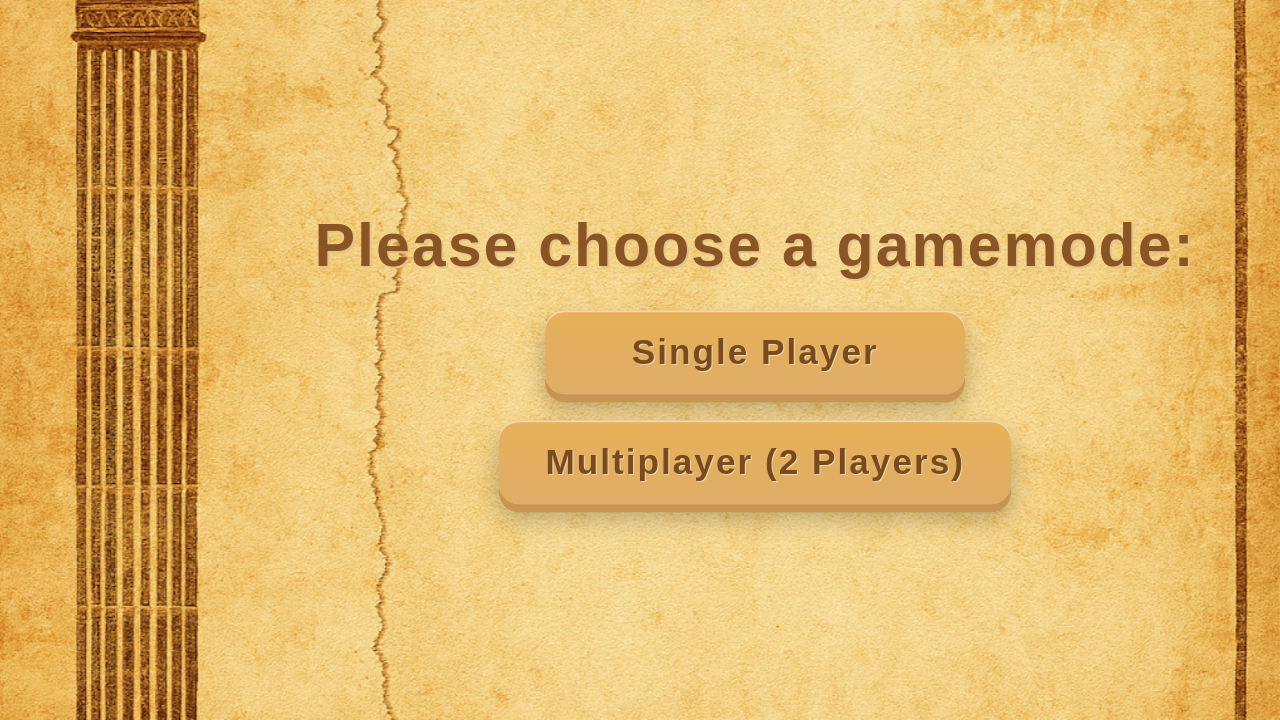
Repository: brianabariteau/Web-1-Final-Project-2025
Page: features/mode-selection/mode-selection.html
The author's editor kept a copy of each file at every save. The page is drawn from the files as they stood at one save, then again after the next save.
The browser window is 1280 px wide. The pictures show the whole page.
Some web fonts or font styles are not loaded; a fallback is used.

Above is the page before, as saved 2025-12-22 01:41:22.

After the next save:
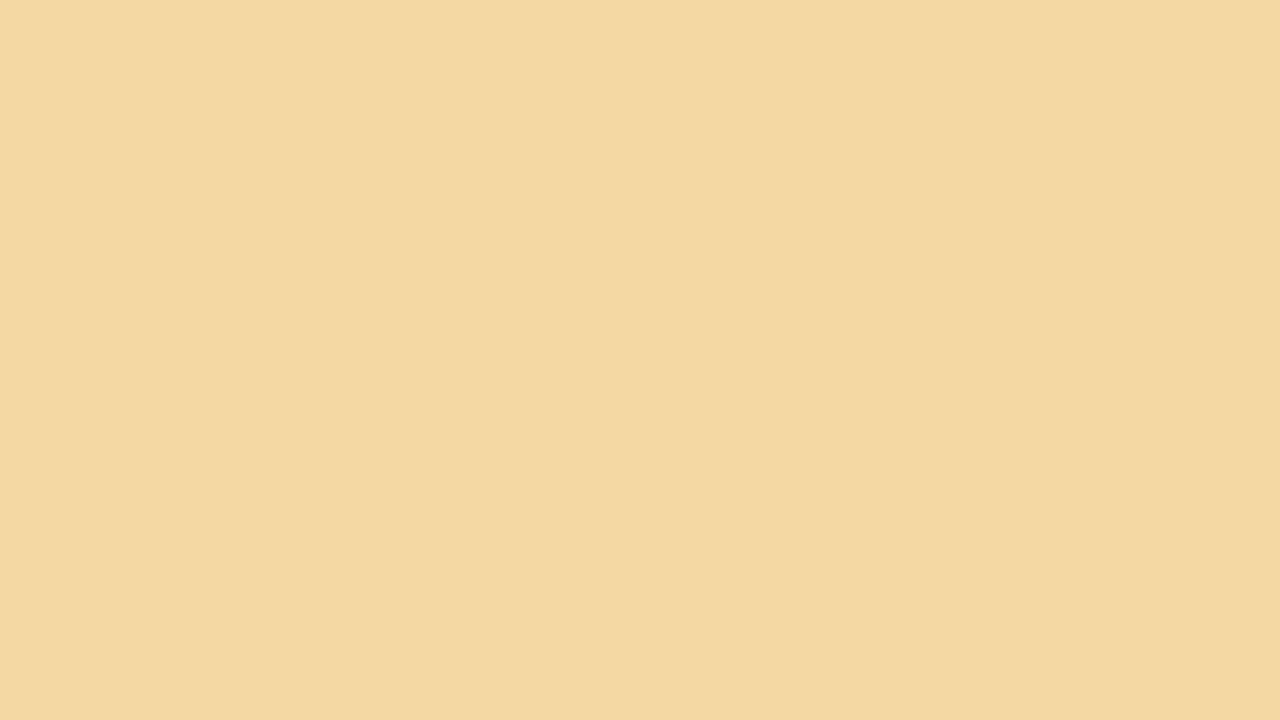
Console error: ReferenceError: singlePlayer is not defined
Saved 2 min 13 s later.
--- a/features/mode-selection/mode-selection.js
+++ b/features/mode-selection/mode-selection.js
@@ -1,7 +1,4 @@
 "use strict";
-
-let singlePlayer = false;
-let multiPlayer = false;
 
 // * The Background Image
 const background = $("<img>")

After the save that followed:
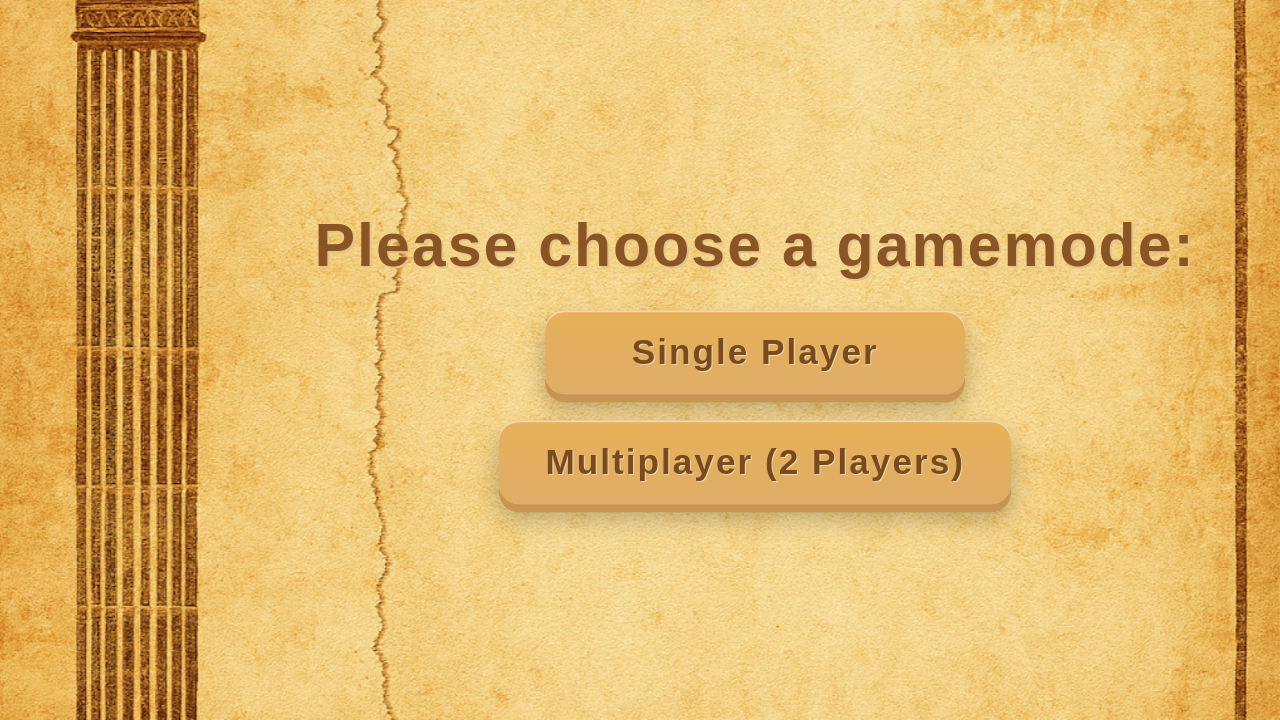
The error is gone.
Saved 35 s later.
--- a/features/mode-selection/mode-selection.js
+++ b/features/mode-selection/mode-selection.js
@@ -17,7 +17,7 @@
 const singlePlayerText = $("<p>").text("Single Player");
 
 $(singlePlayerButton).on("click", () => {
-  singlePlayer = true;
+  localStorage.setItem("mode", "single player");
   window.location.href = "../character-selection/character-selection.html";
 });
 
@@ -28,14 +28,11 @@
 const multiPlayerText = $("<p>").text("Multiplayer (2 Players)");
 
 $(multiPlayerButton).on("click", () => {
-  multiPlayer = true;
+  localStorage.setItem("mode", "multiplayer");
   window.location.href = "../character-selection/character-selection.html";
 });
 
 $(multiPlayerButton).append(multiPlayerText);
 
-localStorage.setItem("single player", singlePlayer);
-localStorage.setItem("multiplayer", multiPlayer);
-
 $(grouping).append(title, singlePlayerButton, multiPlayerButton);
 $("body").append(background, grouping);
